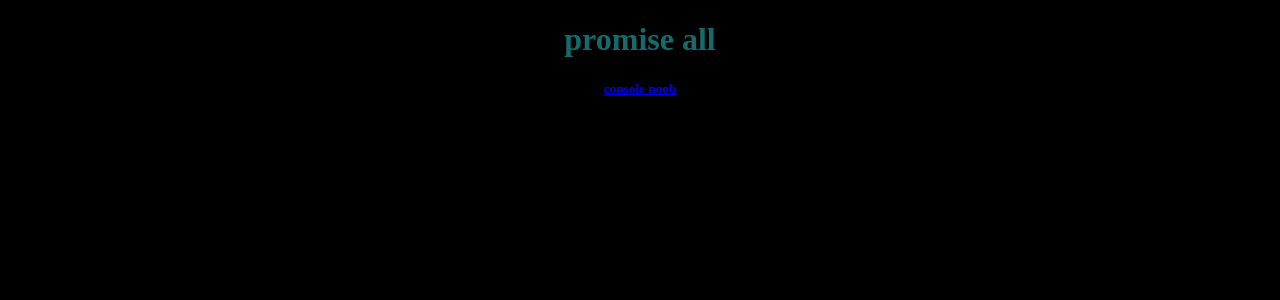
Repository: Magiciaan/pokeapi2
Page: new.html
An editor plug-in stored every save of this project. The page is shown before and after the next save, followed by the edit.
The browser window is 1280 px wide. The pictures show the whole page.
The page's requests for data from a server got no answer.

Above is the page before, as saved 2023-01-09 23:45:10.

After the next save:
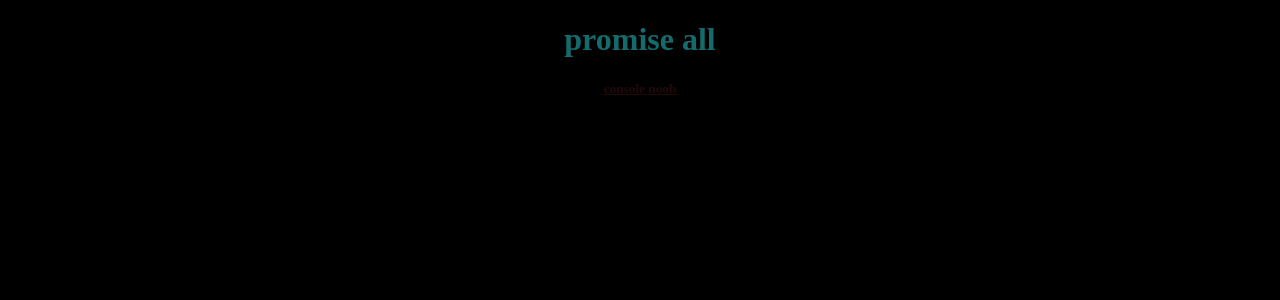
Saved 4 s later.
--- a/new.css
+++ b/new.css
@@ -3,7 +3,7 @@ body{
     color: rgb(21, 107, 107);
     background-color: rgb(0, 0, 0);
 }
-h5{
+a{
     color: rgb(36, 9, 9);
 }
 a:hover{
